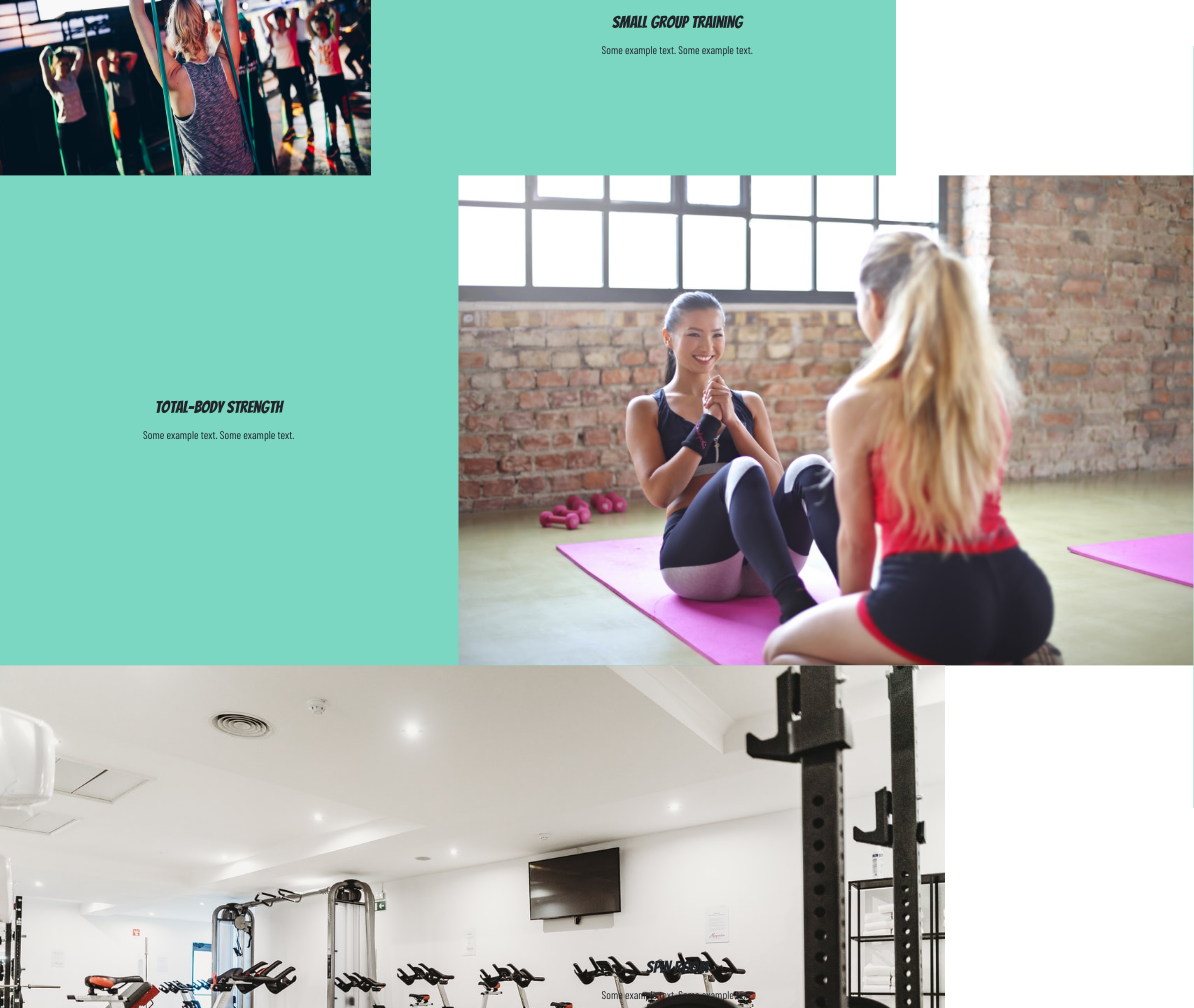
Repository: amybru/sweatitout
Page: classes.html
The author's editor kept a record of every edit. The page is drawn from the files as they stood at one moment, then again after the next edit.
The browser window is 1280 px wide. The page is 1705 px wide, so the pictures cover 1705 px, including what lies to the right of the window. The pictures show the part of the page from y = 662 to 2102 px (the page is 3888 px tall before and 3588 px after), at 70% of full size.
Some web fonts or font styles are not loaded; a fallback is used. Some web libraries are served in a nearby version.

Above is the page before.

### classes.html
<!DOCTYPE html>
<html>

<head>
    <meta charset="utf-8">
    <meta name="viewport" content="width=device-width, initial-scale=1.0">
    <link rel="stylesheet" href="https://maxcdn.bootstrapcdn.com/bootstrap/4.2.1/css/bootstrap.min.css" type="text/css" />
    <link rel="stylesheet" href="https://maxcdn.bootstrapcdn.com/font-awesome/4.7.0/css/font-awesome.min.css" type="text/css" />
    <link href="https://fonts.googleapis.com/css?family=Bangers|Barlow+Condensed:200,300,400,500,700&display=swap" rel="stylesheet">
    <link rel="stylesheet" type="text/css" href="css/style.css">
    <title>Gym</title>
</head>

<body>

    <header>
        <nav class="navbar navbar-expand-lg navbar-default navbar-fixed-top">
            <a href="index.html" class="navbar-brand"><img src="./img/logo.png" width="70" height="70" class="d-inline-block align-top logo-img" alt=""></a>

            <button class="navbar-toggler ml-auto" type="button" data-toggle="collapse" data-target="#navbarNavDropdown" aria-controls="navbarNavDropdown" aria-expanded="false" aria-label="Toggle navigation">
        <span class="navbar-toggler-icon"></span></button>

            <div class="collapse navbar-collapse navbar-content" id="navbarNavDropdown">
                <ul class="navbar-nav navbar-right">
                    <li class="nav-item ml-auto list-inline-item menuitem uppercase"><a class="nav-link" href="about.html">Who We Are</a></li>
                    <li class="nav-item ml-auto list-inline-item menuitem uppercase"><a class="nav-link" href="classes.html">Classes</a></li>
                    <li class="nav-item dropdown d-none d-lg-block list-inline-item menuitem uppercase">
                        <a class="nav-link dropdown-toggle" href="#" id="navbarNavDropdownMenuLink" role="button" data-toggle="dropdown" aria-haspopup="true" aria-expanded="false">Schedules</a>
                        <div class="dropdown-menu" aria-labelledby="navbarNav DropdownMenuLink">
                            <a class="dropdown-item uppercase" href="./img/2018schedule.pdf" target="_blank">2018 Schedule</a>
                            <a class="dropdown-item uppercase" href="./img/2019schedule.pdf" target="_blank">2019 Schedule</a>
                            <a class="dropdown-item uppercase" href="./img/2019schedule.pdf" target="_blank">2020 Schedule</a>
                        </div>
                    </li>
                    <li class="active nav-item ml-auto list-inline-item menuitem uppercase"><a class="nav-link" href="contact.html">Contact Us</a></li>
                </ul>
            </div>

        </nav>
    </header>

    <section class="jumbotron" id="classes-view">
        <div class="row">
            <div class="col-12">
                <section class="callout">
                    <h1 class="gym-name">Classes</h1>
                </section>
            </div>
        </div>
    </section>

    <section class="classesavailable">
        <div class="row align-items-center content">
            <div class="col-md-6 order-2 order-md-1">
                <img src="./img/gymthree.jpg" alt="Small Group" id="optionone">
            </div>
            <div class="col-md-6 text-center order-2 order-md-1">
                <div class="row justify-content-center">
                    <div class="col-10 col-lg-8 blurb">
                        <h4 class="card-title">Small Group Training</h4>
                        <p class="card-text">Some example text. Some example text.</p>
                    </div>
                </div>
            </div>
        </div>

        <div class="row align-items-center content">
            <div class="col-md-6 text-center order-2 order-md-1">
                <div class="row justify-content-center">
                    <div class="col-10 col-lg-8 blurb">
                        <h4 class="card-title">Total-Body Strength</h4>
                        <p class="card-text">Some example text. Some example text.</p>
                    </div>
                </div>
            </div>
            <div class="col-md-6 order-2 order-md-1">
                <img src="./img/gymone.jpeg" alt="Total Body Strength">
            </div>
        </div>


        <div class="row align-items-center content">
            <div class="col-md-6 order-2 order-md-1">
                <img src="./img/classesone.jpg" alt="Spin Room">
            </div>
            <div class="col-md-6 text-center order-2 order-md-1">
                <div class="row justify-content-center">
                    <div class="col-10 col-lg-8 blurb">
                        <h4 class="card-title">Spin Room</h4>
                        <p class="card-text">Some example text. Some example text.</p>
                    </div>
                </div>
            </div>
        </div>

        <div class="row align-items-center content">
            <div class="col-md-6 text-center order-2 order-md-1">
                <div class="row justify-content-center">
                    <div class="col-10 col-lg-8 blurb">
                        <h4 class="card-title">One-On-One Training</h4>
                        <p class="card-text">Some example text. Some example text.</p>
                    </div>
                </div>
            </div>
            <div class="col-md-6 order-2 order-md-1">
                <img src="./img/gymtwo.jpg" alt="One-On-One">
            </div>
        </div>
    </section>



    <section>
        <table>
            <tr>
                <td class="weekday">Sunday</td>
                <td class="weekday">Monday</td>
                <td class="weekday">Tuesday</td>
                <td class="weekday">Wednesday</td>
                <td class="weekday">Thursday</td>
                <td class="weekday">Friday</td>
                <td class="weekday">Saturday</td>
            </tr>
            <tr>
                <td></td>
                <td>5:30am Lower-Body Burn</td>
                <td></td>
                <td>6:00am Upper-Body burn</td>
                <td>5:30am Lower-Body Burn</td>
                <td>6:00am Upper-Body Burn</td>
                <td></td>
            </tr>
            <tr>
                <td>7:00am Total Body Strength</td>
                <td></td>
                <td>7:00am Total Body Strength</td>
                <td></td>
                <td>7:00am Total Body Strength</td>
                <td></td>
                <td>7:00am Total Body Strength</td>
            </tr>
            <tr>
                <td>9:00am Spin Room</td>
                <td></td>
                <td></td>
                <td></td>
                <td></td>
                <td>9:00am Spin Room</td>
                <td>9:00am Spin Room</td>
            </tr>
            <tr>
                <td></td>
                <td></td>
                <td></td>
                <td>5:30pm Upper-Body Burn</td>
                <td>6:30pm Lower-Body Burn</td>
                <td>5:30pm Upper-Body Burn</td>
                <td>4:30pm Lower-Body Burn</td>
            </tr>
            <tr>
                <td>7:00pm Total Body Strength</td>
                <td>6:30pm Lower-Body Burn</td>
                <td>7:00pm Total Body Strength</td>
                <td></td>
                <td>7:00pm Total Body Strength</td>
                <td></td>
                <td>7:00pm Spin Room</td>
            </tr>
        </table>
        <div class="row" id="schedule">
            <div class="col-sm-6">
                <h5 class="uppercase general-sub">Download the most up to date schedule</h5>
                <a href="./img/2019schedule.pdf" target="_blank" class="schedule-pdf">
                    <i class="fa fa-download" aria-hidden="true"></i>
                    <span class="sr-only">Download link</span>
                </a>
            </div>

            <div class="col-sm-6">
                <h5 class="uppercase general-sub">Questions? Interested in signing up for a class?</h5>
                <a href="contact.html" class="btn btn-lg classesbtn uppercase">Sign up today!</a>
            </div>
        </div>
    </section>

    <footer class="footer container-fluid" id="footer">
        <div>
            <div id="footer-details">
                <h5 class="footer-name uppercase">SWEAT IT OUT</h5>
                <p class="block">123 1st Street<br> (555) 222-2323</p>
            </div>

            <div class="footer-social">
                <ul class="list-inline social-links">
                    <li class="list-inline-item">
                        <a target="_blank" href="https://www.facebook.com/">
                            <i class="fa fa-facebook" aria-hidden="true"></i>
                            <span class="sr-only"Facebook></span>
                        </a>
                    </li>
                    <li class="list-inline-item">
                        <a target="_blank" href="https://www.yelp.com/">
                            <i class="fa fa-yelp" aria-hidden="true"></i>
                            <span class="sr-only"Yelp></span>
                        </a>
                    </li>
                    <li class="list-inline-item">
                        <a target="_blank" href="https://www.google.com/">
                            <i class="fa fa-google-plus" aria-hidden="true"></i>
                            <span class="sr-only"Google+></span>
                        </a>
                    </li>
                    <li class="list-inline-item">
                        <a target="_blank" href="https://www.instagram.com/">
                            <i class="fa fa-instagram" aria-hidden="true"></i>
                            <span class="sr-only"Instagram></span>
                        </a>
                    </li>
                    <li class="list-inline-item">
                        <a target="_blank" href="https://twitter.com/?lang=en">
                            <i class="fa fa-twitter" aria-hidden="true"></i>
                            <span class="sr-only"Twitter></span>
                        </a>
                    </li>
                </ul>
            </div>
        </div>

    </footer>

</body>

<script src="https://code.jquery.com/jquery-3.3.1.slim.min.js" integrity="sha384-q8i/X+965DzO0rT7abK41JStQIAqVgRVzpbzo5smXKp4YfRvH+8abtTE1Pi6jizo" crossorigin="anonymous"></script>
<script src="https://cdnjs.cloudflare.com/ajax/libs/popper.js/1.14.7/umd/popper.min.js" integrity="sha384-UO2eT0CpHqdSJQ6hJty5KVphtPhzWj9WO1clHTMGa3JDZwrnQq4sF86dIHNDz0W1" crossorigin="anonymous"></script>
<script src="https://stackpath.bootstrapcdn.com/bootstrap/4.3.1/js/bootstrap.min.js" integrity="sha384-JjSmVgyd0p3pXB1rRibZUAYoIIy6OrQ6VrjIEaFf/nJGzIxFDsf4x0xIM+B07jRM" crossorigin="anonymous"></script>

</html>

### css/style.css
/* ----------------------------------------General */

body {
    font-family: 'Barlow Condensed', sans-serif;
    font-size: 400;
    margin-top: 80px;
}

h1 {
    font-family: 'Bangers', sans-serif;
}

.card-button {
    display: block;
    max-width: 300px;
    margin: auto;
    font-family: 'Bangers', sans-serif;
    font-weight: bold;
    border-radius: 23px;
    width: 160px;
    margin-top: 20px;
    background-color: #054e6f;
    color: #fbffff;
}

.card-button:hover {
    background-color: #ffd900;
    color: #fbffff;
}

.reviewb {
    background-color: #054e6f;
    color: #fbffff;
    border-radius: 23px;
    font-family: 'Bangers', sans-serif;
}

.reviewb:hover {
    background-color: #67c60a;
    color: #fbffff;
}

.modalbtn {
    color: white;
    background-color: #f05f40;
    border-color: #f05f40;
    border-radius: 23px;
    font-family: 'Bangers', sans-serif;
}

.landingbutton {
    color: white;
    background-color: #f05f40;
    border-color: #f05f40;
    border-radius: 23px;
    font-family: 'Bangers', sans-serif;
}

.free-button {
    display: block;
    max-width: 500px;
    margin: auto;
    font-family: 'Bangers', sans-serif;
    font-weight: bold;
    border-radius: 23px;
    width: 300px;
    margin-top: 40px;
    background-color: #054e6f;
    color: #fbffff;
}

.free-button:hover {
    background-color: #67c60a;
    color: #fbffff;
}

.btn-contact[type="submit"] {
    margin-top: 20px;
    margin-bottom: 30px;
    color: #000;
    background-color: #ffd900;
    font-family: 'Bangers', sans-serif;
}

.btn-contact:hover {
    color: #ffd900;
    background-color: #000;
}

.uppercase {
    text-transform: uppercase;
}

/* ----------------------------------------Navbar*/

header {
    background-color: #054e6f;
    color: #fbffff;
    position: fixed;
    top: 0;
    left: 0;
    right: 0;
    display: flex;
    box-shadow: 0 0 25px 0 #000;
    z-index: 1;
}


.navbar-brand {
    width: 80px;
    height: 80px;
    transition: transform .2s;
}

.navbar-brand:hover {
    transform: scale(1.25);
}

.navbar-nav li a {
    text-decoration: none;
    color: white;
    font-size: 25px;
    border-radius: 23px;
    text-align: right;
    transition-property: background-color;
    transition-duration: .5s;
    transition-timing-function: ease-in-out;
}

.navbar-nav li a:hover {
    color: #054e6f;
    background-color: #fbffff;
    border-radius: 23px;
}

.dropdown-menu {
    background-color: #ffd900;
    color: #054e6f;
    position: relative;
}

.dropdown-item {
    background-color: #ffd900;
    color: #054e6f;
    border-radius: 23px;
}

.dropdown-item:hover {
    color: #054e6f;
    background-color: #fbffff;
    transition-property: background-color;
    transition-duration: .5s;
    transition-timing-function: ease-in-out;
}

/* ---------------------------------------Jumbotrons */

.jumbotron {
    height: 22em;
    display: flex;
    justify-content: center;
    text-align: center;
    position: relative;
}

#landing-view {
    background-image: url("../img/gymfive.jpeg");
    height: 400px;
    background-position: center;
    background-repeat: no-repeat;
    background-size: cover;
    text-align: center;
}

#about-view {
    background-image: url("../img/gymfive.jpeg");
    height: 400px;
    background-position: center;
    background-repeat: no-repeat;
    background-size: cover;
    text-align: center;
}

#classes-view {
    background-image: url("../img/gymfour.jpg");
    height: 400px;
    background-position: center;
    background-repeat: no-repeat;
    background-size: cover;
    text-align: center;
}

#contact-view {
    background-image: url("../img/gymone.jpeg");
    height: 400px;
    background-position: center;
    background-repeat: no-repeat;
    background-size: cover;
    text-align: center;
}

/* ----------------------------------------Footer */

.footer {
    min-height: 130px;
    margin: 0;
    padding-bottom: 0;
}

footer {
    background-color: #054e6f;
    color: #fbffff;
    text-align: center;
}

.social-links {
    padding-bottom: 15px;
}

.social-links li a i {
    width: 32px;
    height: 32px;
    padding: 12px 0;
    border-radius: 50%;
    font-size: 13px;
    line-height: 7px;
    text-align: center;
    color: #fbffff;
    background: #000;
    transition: all 0.35s ease-in-out;
    -moz-transition: all 0.35s ease-in-out;
    -webkit-transition: all 0.35s ease-in-out;
    -o-transition: all 0.35s ease-in-out;
}

.social-links li a i:hover {
    background-color: #ffd900;
}

#footer-details {
    padding: 20px;
}

/* ----------------------------------------Home page styles */

.bg-color-about-landing {
    background-color: #fbffff;
    padding-top: 10px;
    margin-top: 10px;
    margin-bottom: 35px;
}

.bg-color-services-landing {
    background-color: #7bd7c2;
    padding: 40px;
}

.bg-color-review-landing {
    background-color: #ffd900;
}

.about-landing-page h3 {
    font-size: 60px;
    font-family: 'Bangers', sans-serif;
}

.about-landing-page p {
    font-size: 30px;
}

.gym-name {
    font-size: 7em;
}

.card-main {
    margin: 20px 10px;
    transition: transform .2s;
}

.card-main:hover {
    transform: scale(1.25);
}

.card-title {
    font-family: 'Bangers', sans-serif;
}

.review {
    padding-top: 3em;
    padding-bottom: 2em;
    margin: 0;
}

#reviews {
    font-family: 'Bangers', sans-serif;
    font-size: 40px;
}

/* ----------------------------------------About Page styles */

.about-about {
    background-color: #fbffff;
    margin: 0;
}

.about-about p {
    font-size: 35px;
}

.about-gallery {
    background-color: #7bd6c2;
    padding: 20px;
    margin: 0;
}

.about-gallery .flex {
    display: flex;
    margin-bottom: 25px;
    margin-top: 45px;
    align-items: center;
    padding: 40px;
}

.about-gallery h2 {
    margin-bottom: 40px;
    font-family: 'Bangers', sans-serif;
    font-size: 55px;
    padding-top: 20px;
    padding-left: 30px;
}

.about-gallery h3 {
    font-weight: 400;
    width: 100%;
    font-size: 32px;
    font-family: 'Bangers', sans-serif;
    line-height: 1;
}

.about-gallery p {
    font-weight: 400;
    margin-top: 5px;
    font-size: 18px;
    max-width: 600px;
    text-align: justify;
}

.about-gallery .photo {
    width: 208px;
    height: 211px;
    border-radius: 50%;
    position: relative;
}

.about-gallery .border {
    border: 5px solid #fbffff;
}

.instructor-details {
    padding-left: 30px;
    padding-right: 100px;
}


.about-skills {
    background-color: #054e6f;
    padding-top: 20px;
    padding-bottom: 30px;
    margin: 0;
}

.about-skills h3 {
    font-family: 'Bangers', sans-serif;
    font-size: 60px;
    text-align: center;
    color: #fff;
}

.about-skills h4 {
    font-family: 'Bangers', sans-serif;
    font-size: 30px;
    color: #ffd900;
}

.about-skills p {
    margin-bottom: 0;
    padding: 0;
    text-align: right;
    color: #fbffff;
}

.about-signup {
    background-color: #ffd900;
    text-align: center;
    padding-top: 50px;
    padding-bottom: 20px;
}

.about-signup h3 {
    font-family: 'Bangers', sans-serif;
    font-size: 55px;
}

.about-signup p {
    font-size: 30px;
}

/* ----------------------------------------Classes page styles*/

.classesavailable {
    background-color: #7bd7c2;
    width: 100%;
}

.options {
    margin: 10px 20px;
}

#optionone {
    height: 400px;
    width: 530px;
    margin-left: 0;
    background-position: center;
    background-repeat: no-repeat;
    background-size: cover;
    text-align: center;
}

#optiontwo {
    height: 400px;
    width: 530px;
    margin-right: 0;
    background-position: center;
    background-repeat: no-repeat;
    background-size: cover;
    text-align: center;
}

#optionthree {
    height: 400px;
    width: 530px;
    margin-left: 0;
    background-position: center;
    background-repeat: no-repeat;
    background-size: cover;
    text-align: center;
}

#optionfour {
    height: 400px;
    width: 530px;
    margin-right: 0;
    background-position: center;
    background-repeat: no-repeat;
    background-size: cover;
    text-align: center;
}



table {
    border-collapse: collapse;
    border: 2px solid rgb(200, 200, 200);
    letter-spacing: 1px;
    font-size: 0.8rem;
    margin-bottom: 10px;
    margin-top: 30px;
}

.weekday {
    font-family: 'Bangers', sans-serif;
    font-size: 20px;

}

td,
th {
    border: 1px solid rgb(190, 190, 190);
    padding: 10px 20px;
}

th {
    background-color: rgb(235, 235, 235);
}

td {
    text-align: center;
}

@media only screen and (max-width: 1026px) {
  .scheduling  {
    display: none;
  }
}

.schedule-pdf i {
    font-size: 25px;
    color: #ffd900;
    background-color: #054e6f;
    width: 45px;
    height: 45px;
    padding: 20px 0px;
    border-radius: 50%;
    line-height: 6px;
    text-align: center;
    transition: all 0.35s ease-in-out;
    -moz-transition: all 0.35s ease-in-out;
    -webkit-transition: all 0.35s ease-in-out;
    -o-transition: all 0.35s ease-in-out;
}

.schedule-pdf i:hover {
    color: #054e6f;
    background-color: #ffd900;
}

.classesbtn {
    background-color: #054e6f;
    color: #ffd900;
    border-radius: 23px;
    font-family: 'Bangers', sans-serif;
}

.classesbtn:hover {
    background-color: #ffd900;
    color: #054e6f;
}

#schedule {
    padding: 15px;
}

#schedule h5 {
    font-family: 'Bangers', sans-serif;
    font-size: 2.5em;
}


/* ----------------------------------------Contact page styles*/

.column {
    float: left;
    margin-top: 0px;
    padding-top: 10px;
    margin-bottom: 30px;
}

.left {
    width: 40%;
    background-color: #67c60a;
    text-align: center;
}

.right {
    width: 60%;
    background-color: #fbffff;
    justify-content: center;
}

.contact-gym-name {
    font-family: 'Bangers', sans-serif;
    font-size: 50px;
}

.contact-info-item .key {
    font-size: 30px;
    font-weight: 600;
}

.contact-info-item .value {
    font-size: 25px;
}


.contact-gym-hours {
    font-family: 'Bangers', sans-serif;
    font-size: 40px;
}

.buisness-info-item {
    background-color: white;
}

.buisness-info-item .key {
    font-size: 30px;
    font-weight: 600;
}

.buisness-info-item .value {
    font-size: 25px
}

.contact-form {
    padding-left: 100px;
    padding-right: 100px;
}

form {
    padding-top: 15px;
}

.contact-form h3 {
    font-family: 'Bangers', sans-serif;
    font-size: 50px;
}

.contact-form h5 {
    font-family: 'Bangers', sans-serif;
    font-size: 30px;
}

.contact-heading {
    font-family: 'Bangers', sans-serif;
    font-size: 50px;
}

After the next edit:
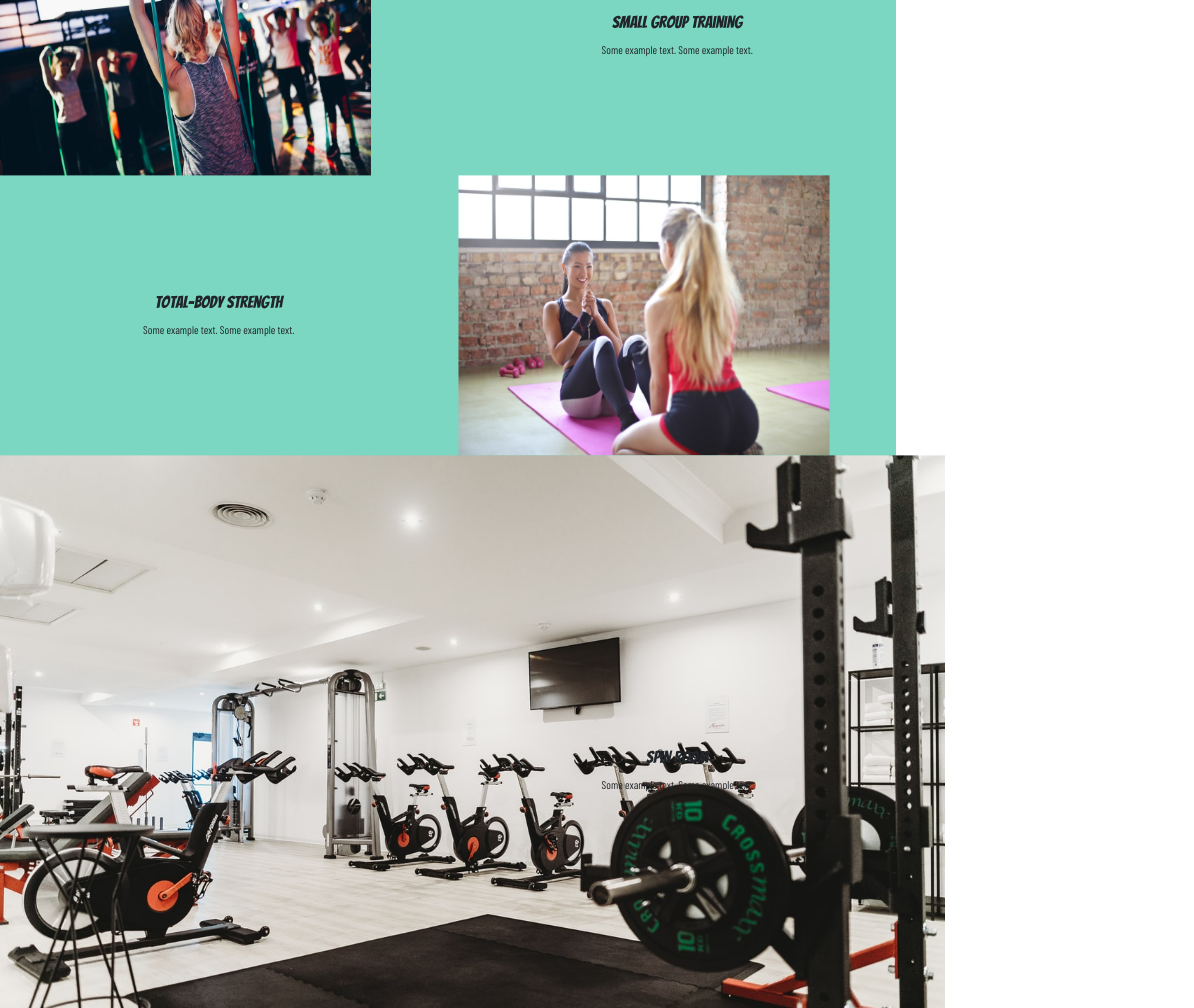
The edit:
--- a/classes.html
+++ b/classes.html
@@ -74,7 +74,7 @@
                 </div>
             </div>
             <div class="col-md-6 order-2 order-md-1">
-                <img src="./img/gymone.jpeg" alt="Total Body Strength">
+                <img src="./img/gymone.jpeg" alt="Total Body Strength" id="optiontwo">
             </div>
         </div>
 
